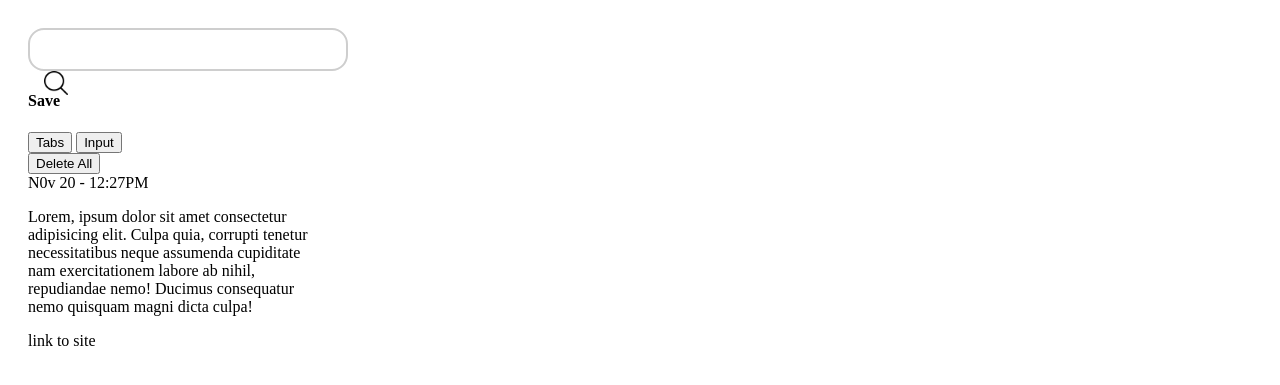
Repository: IdowuMicheal-1/Text-Tab-Organizer
Page: popup.html
These files come from the project's save history. The page is drawn as it stood at one moment and after the next save; the edit follows.
The browser window is 1280 px wide. The pictures show the whole page.

Above is the page before, as saved 2025-05-14 10:09:02.

### popup.html
<!DOCTYPE html>
<html lang="en">
  <head>
    <meta charset="UTF-8" />
    <meta name="viewport" content="width=device-width, initial-scale=1.0" />
    <link rel="stylesheet" href="./popup.css" />
    <title>Tabs</title>
  </head>
  <body>
    <div>
        <div class="input-div">
      <input type="text" class="text-ipt"/>
      <img src="./assets/search.png" class="search-icon"/>
      </div>
      <div>
        <div>
          <h4>Save</h4>
          <button>Tabs</button>
          <button>Input</button>
        </div>
        <button>Delete All</button>
      </div>
      <div>
        <div>N0v 20 - 12:27PM</div>

        <p>
          Lorem, ipsum dolor sit amet consectetur adipisicing elit. Culpa quia,
          corrupti tenetur necessitatibus neque assumenda cupiditate nam
          exercitationem labore ab nihil, repudiandae nemo! Ducimus consequatur
          nemo quisquam magni dicta culpa!
        </p>
        <p>link to site</p>
      </div>
    </div>
    <script src="./popup.js"></script>
  </body>
</html>

### popup.css
body {
  width: 300px;
  padding: 20px;
  height: 100px;
  min-height: 100px;
}

.input-div {
  position: relative;
}

.search-icon {
  position: absolute;
  top: 8x;
  left: 16px;
  width: 24px;
  height: 24px;
  color: #cecece;
}

.text-ipt {
  width: 100%;
  border-radius: 16px;
  padding: 12px 8px;
  border: 2px solid #cecece;
}

Loaded but not shown: popup.js (no copy from this time; the picture is the same without it)

After the next save:
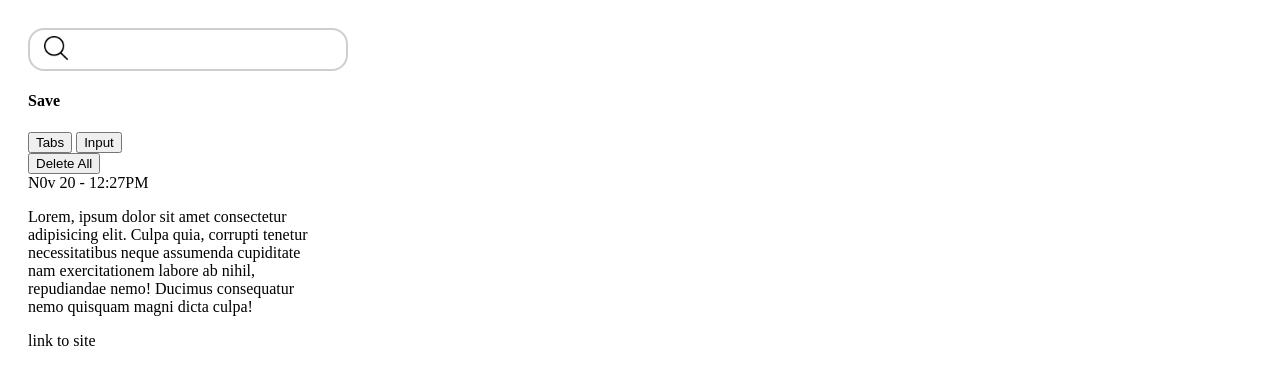
Saved 21 s later.
--- a/popup.css
+++ b/popup.css
@@ -11,7 +11,7 @@ body {
 
 .search-icon {
   position: absolute;
-  top: 8x;
+  top: 8px;
   left: 16px;
   width: 24px;
   height: 24px;
